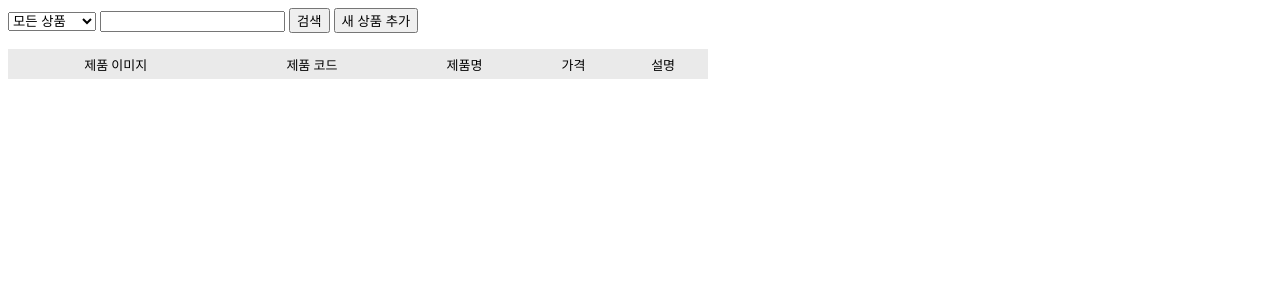
Repository: sjeong12/Photos
Page: http://localhost/LSJ_PHOTO/admin/productList.jsp
An editor plug-in stored every save of this project. The page is shown before and after the next save, followed by the edit.
The browser window is 1280 px wide. The pictures show the whole page.
The page is served by Tomcat 9. Other server files are loaded and not shown. Queries for data that is not in the repository find no rows.

Above is the page before, as saved 2016-12-07 06:41:11.

### LSJ_PHOTO/WebContent/admin/productList.jsp
<%@ page language="java" import="java.sql.*" contentType="text/html; charset=utf-8" pageEncoding="utf-8" %>
<% request.setCharacterEncoding("utf-8"); %>
<HTML><HEAD>
<TITLE>제품 목록</TITLE></HEAD>

<script language=javascript>
function add_product()
{
	document.frm_s.action = "/admin/addProduct.jsp";
	document.frm_s.submit();
}
</script>


<BODY>

<%
    //String in_usernm = request.getParameter("search_value");
    //if (in_usernm == null) in_usernm = "";

    String in_search_key   = request.getParameter("search_key");
	String in_search_value = request.getParameter("search_value");
    //  페이지 번호 – 없으면(처음) 1, 아니면 전달 받은 페이지
    String strPageNum = request.getParameter("PageNum");     // paging
    // 표시할 목록의 개수 – 없으면 지정하여 사용
  	String strPageSize = request.getParameter("PageSize");   // paging
  	if (in_search_key   == null) in_search_key   = "";
 	if (in_search_value == null) in_search_value = "";
    if (strPageNum == null) strPageNum = "1";        // paging
    if (strPageSize == null) strPageSize = "10";      // paging    이 크기는 화면 사이즈에 따라 다름
    int currentPage = Integer.parseInt(strPageNum);  // paging  현재 선택 페이지 값 INT 로 변경
    int pageSize = Integer.parseInt(strPageSize);     // paging    목록의 갯수 INT로 변경
%>

<FORM NAME = frm_s  ACTION="productList.jsp" METHOD=post>
<SELECT NAME=search_key>

<OPTION VALUE = ""
	<%
 	     if (in_search_key.equals("")) out.print(" selected");
	%>
    >모든 상품</OPTION>
<OPTION VALUE = "1"
	<%
 	     if (in_search_key.equals("1")) out.print(" selected");
	%>
    >액자</OPTION>
<OPTION VALUE = "2"
    <%
         if (in_search_key.equals("2")) out.print(" selected");
    %>
  >앨범</OPTION>
 <OPTION VALUE = "3"
    <%
         if (in_search_key.equals("3")) out.print(" selected");
    %>
  >디자인 소품</OPTION>


   </SELECT>
 <INPUT TYPE=text NAME=search_value VALUE="<%= in_search_value %>">
<INPUT TYPE=submit VALUE="검색">
<left>
<INPUT TYPE=button VALUE="새 상품 추가" onclick = "add_product()">
</left>
</FORM>




<TABLE border = "0" cellspacing = "0" cellpadding = "2" width = "700">

<TR bgcolor = "EAEAEA" height="30">
<TD><font size = 2><center>제품 이미지</center></font></TD>
<TD><font size = 2><center>제품 코드</center></font></TD>
<TD><font size = 2><center>제품명</center></font></TD>
<TD><font size = 2><center>가격</center></font></TD>
<TD><font size = 2><center>설명</center></font></TD>
</TR>
<%
Class.forName("com.microsoft.sqlserver.jdbc.SQLServerDriver");
String connectionURL = "jdbc:sqlserver://localhost:1433;databaseName=DBPstudio;user=sa;password=11";
Connection con = DriverManager.getConnection(connectionURL);

ResultSet rs = null;   // 데이터 베이스에서 가져온 정보를 저장하는 객체
ResultSet rs2 = null;      // paging    rs 객체 하나 더 생성

     Statement stmt = con.createStatement();
   //String SQL = "select userid, usernm, gender, jumin, jobcd from members order by userid";


     String SQL = "SELECT * ";

if (in_search_key.equals("")){
	SQL = SQL + "from Product ";
    SQL = SQL + "where Product_Name LIKE '%" + in_search_value + "%'";
    SQL = SQL + "or Product_Code Like '%" + in_search_value + "%' ";
}
else if (in_search_key.equals("1")){
	SQL = SQL + "from Product P, Sub_Category S ";
    SQL = SQL + "where (P.Product_Name LIKE '%" + in_search_value + "%' ";
    SQL = SQL + "or P.Product_Code Like '%" + in_search_value + "%') ";
    SQL = SQL + "and (P.SubCategory_Num = S.Sub_Category_Num) ";
	SQL = SQL + "and (S.Category_Num = '1') ";
}
else if (in_search_key.equals("2")){
	SQL = SQL + "from Product P, Sub_Category S ";
    SQL = SQL + "where (P.Product_Name LIKE '%" + in_search_value + "%' ";
    SQL = SQL + "or P.Product_Code Like '%" + in_search_value + "%') ";
    SQL = SQL + "and (P.SubCategory_Num = S.Sub_Category_Num) ";
	SQL = SQL + "and (S.Category_Num = '2') ";
}
else if (in_search_key.equals("3")){
	SQL = SQL + "from Product P, Sub_Category S ";
    SQL = SQL + "where (P.Product_Name LIKE '%" + in_search_value + "%' ";
    SQL = SQL + "or P.Product_Code Like '%" + in_search_value + "%') ";
	SQL = SQL + "and (P.SubCategory_Num = S.Sub_Category_Num) ";
	SQL = SQL + "and (S.Category_Num = '3') ";
}
	SQL = SQL + "order by Product_Name ";


     // 페이징을 이용하기 위한 MSSQL 함수로 페이지를 계산한다.
     String SQL2 = SQL;                             //  위의 기존 SQL 에 더 추가       // paging
     SQL2 = SQL2 + "OFFSET "+ ( currentPage - 1 ) * pageSize + " ROWS ";   // paging
     SQL2 = SQL2 + "FETCH NEXT " + pageSize + " ROWS ONLY ";                // paging
       // 전체 카운트를 가져오기위한 sql을 실행해야한다.
      rs2 = stmt.executeQuery(SQL);   // select 문                             //paging
      int totalRecords = 0;                                                             //paging
      while(rs2.next()){       // 처음부터 끝까지                                  //paging
      totalRecords++;       // 전체 레코드 수 카운트                             //paging
      }


   // 페이지가 계산된 목록을 가져오는 SQL2를 실행한다.
      rs = stmt.executeQuery(SQL2);    //  SQL2=기존 SQL + 페이징 SQL      // paging

   while(rs.next())
   {
       String image= rs.getString("Product_Image");
       String code= rs.getString("Product_Code");
       String name= rs.getString("Product_Name");
       int price= rs.getInt("product_Price");
       String Info= rs.getString("Product_Info");

   %>
      <TR onmouseover="this.style.backgroundColor='orange';"
      onmouseout="this.style.backgroundColor='white'; " >  <TD>
      <a href="/LSJ_PHOTO/home.jsp?page=/admin/productView&pcode=<%= code %>">
      <img src="/LSJ_PHOTO/productImage/<%= image %>" border="0" width="100" height="100"/>
      </a>
      </TD>
               <TD><font size = 2> <%= code%> </font></TD>
               <TD><font size = 2> <%= name%> </font></TD>
               <TD><font size = 2> &nbsp;&nbsp;<%= price %>&nbsp;&nbsp; </font></TD>
               <TD><font size = 2> <%= Info%> </font></TD> </TR>
   <% } %>

</TABLE>
<%
int intTotPages= 0; // 총 페이지 수 계산
int intR= totalRecords % pageSize;   // 6 % 3 = 0
if(intR == 0) {
intTotPages = totalRecords / pageSize;
}
else  {   // 7 % 3 != 0
intTotPages = totalRecords / pageSize + 1;  // 나머지가 0 아니면 총 페이지수는 몫 + 1
}

int intGrpSize  = 2; // 그룹 수 설정 - 화면에 보여질 그룹  수
int currentGrp  = 0; // 현 그룹 No.
intR= currentPage % intGrpSize;     // 3 % 2 = ?
if(intR == 0) {
currentGrp= currentPage / intGrpSize;  //4/2=2 그룹
}
else  {   // 3/2 =1 +1 =2그룹
currentGrp= currentPage / intGrpSize + 1;
}
//Page 282
int intGrpStartPage= (currentGrp  - 1) * intGrpSize + 1;   // 2그룹일 때 (2-1)*2+1=3
int intGrpEndPage=  currentGrp * intGrpSize;                  // 2그룹일 때  2*2=4
if (intGrpEndPage > intTotPages){    //  그룹의 끝 페이지가 총 페이지수보다 크면
intGrpEndPage= intTotPages;           //  끝 페이지 수가 총 페이지 수
}

if (currentGrp > 1){    //  그룹 2부터는 이전 페이지 표시
%>
 [<A href="productList.jsp?PageNum=<%= intGrpStartPage - 1 %>">이전</A>]
<%                                                               // 이전 이니까 -1
}

int intGrpPageCount= intGrpSize; // 그룹 당 페이지 수
int intIndex= intGrpStartPage; // 현 그룹 시작 페이지
while (intGrpPageCount > 0 && intIndex <= intGrpEndPage){
%>
[<A href="productList.jsp?PageNum=<%= intIndex %>"><%= intIndex %></A>] &nbsp;
<%
intIndex = intIndex + 1;
intGrpPageCount  = intGrpPageCount - 1;
}
if (intIndex <= intTotPages){  // 다음 그룹이 있으면
%>
[<A href="productList.jsp?PageNum=<%= intIndex %>">다음</A>]
<%
}

stmt.close();
rs.close();
rs2.close();
con.close();

%>

</BODY>

After the next save:
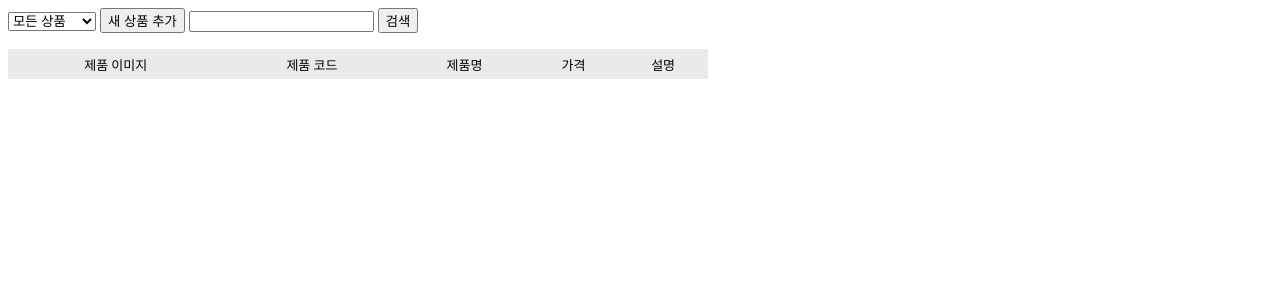
Saved 52 s later.
--- a/LSJ_PHOTO/WebContent/admin/productList.jsp
+++ b/LSJ_PHOTO/WebContent/admin/productList.jsp
@@ -58,11 +58,11 @@ function add_product()
 
 
    </SELECT>
+<INPUT TYPE=button VALUE="새 상품 추가" onclick = "add_product()">
+<right>
  <INPUT TYPE=text NAME=search_value VALUE="<%= in_search_value %>">
 <INPUT TYPE=submit VALUE="검색">
-<left>
-<INPUT TYPE=button VALUE="새 상품 추가" onclick = "add_product()">
-</left>
+</right>
 </FORM>
 
 
